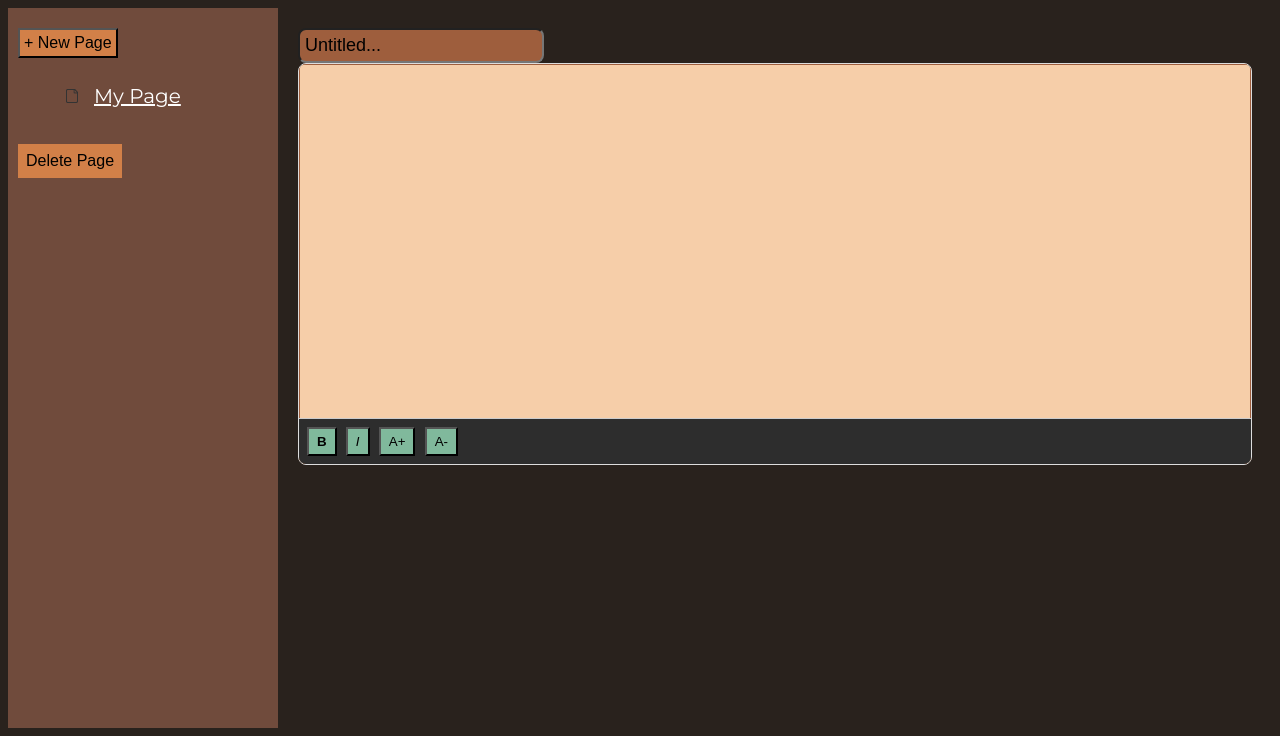
Repository: Dharshinimk-521/notes-app
Page: index.html
The author's editor kept a copy of each file at every save. The page is drawn from the files as they stood at one save, then again after the next save.
The browser window is 1280 px wide. The pictures show the whole page.

Above is the page before, as saved 2026-04-18 23:19:33.

After the next save:
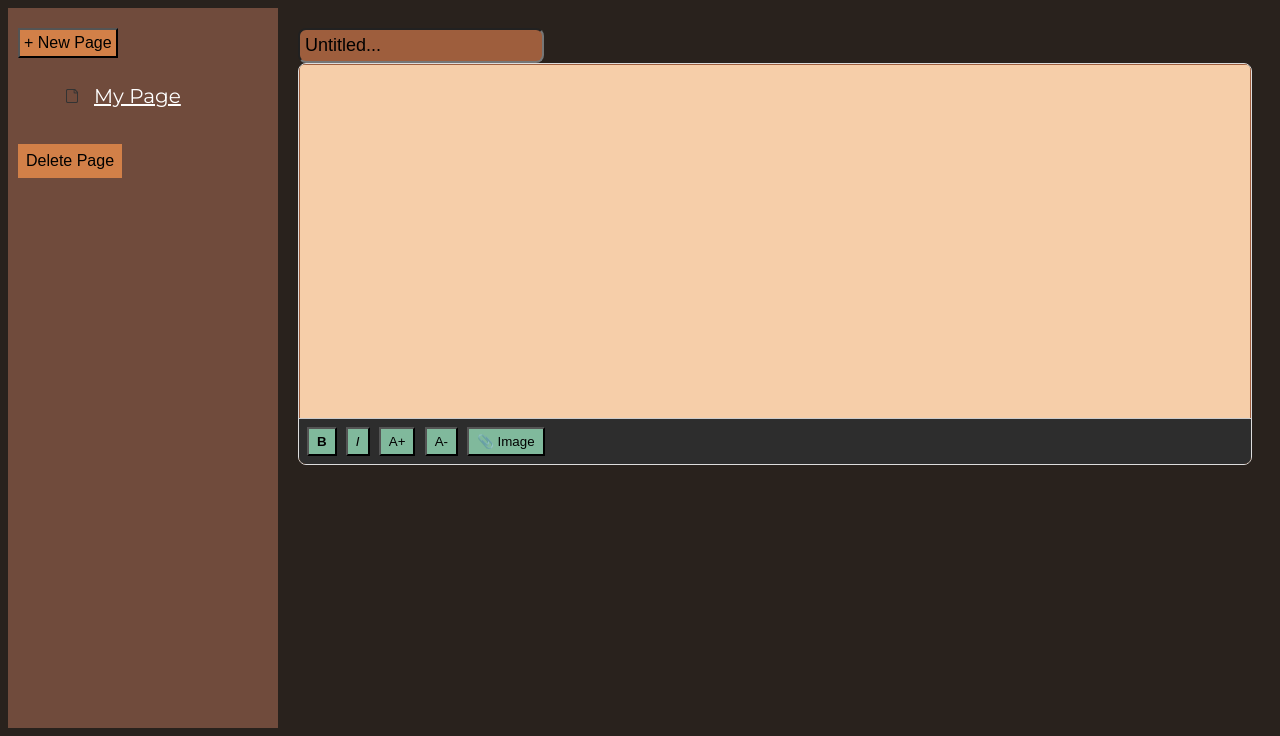
Saved 96 s later.
--- a/index.html
+++ b/index.html
@@ -30,6 +30,11 @@
                     <button onclick="formatText('italic')"><i>I</i></button>
                     <button onclick="changeFontSize(1)">A+</button>
                     <button onclick="changeFontSize(-1)">A-</button>
+                    <button onclick="document.getElementById('imageInput').click()">
+                        📎 Image
+                    </button>
+
+                    <input type="file" id="imageInput" accept="image/*" hidden />
                 </div>
 
 
